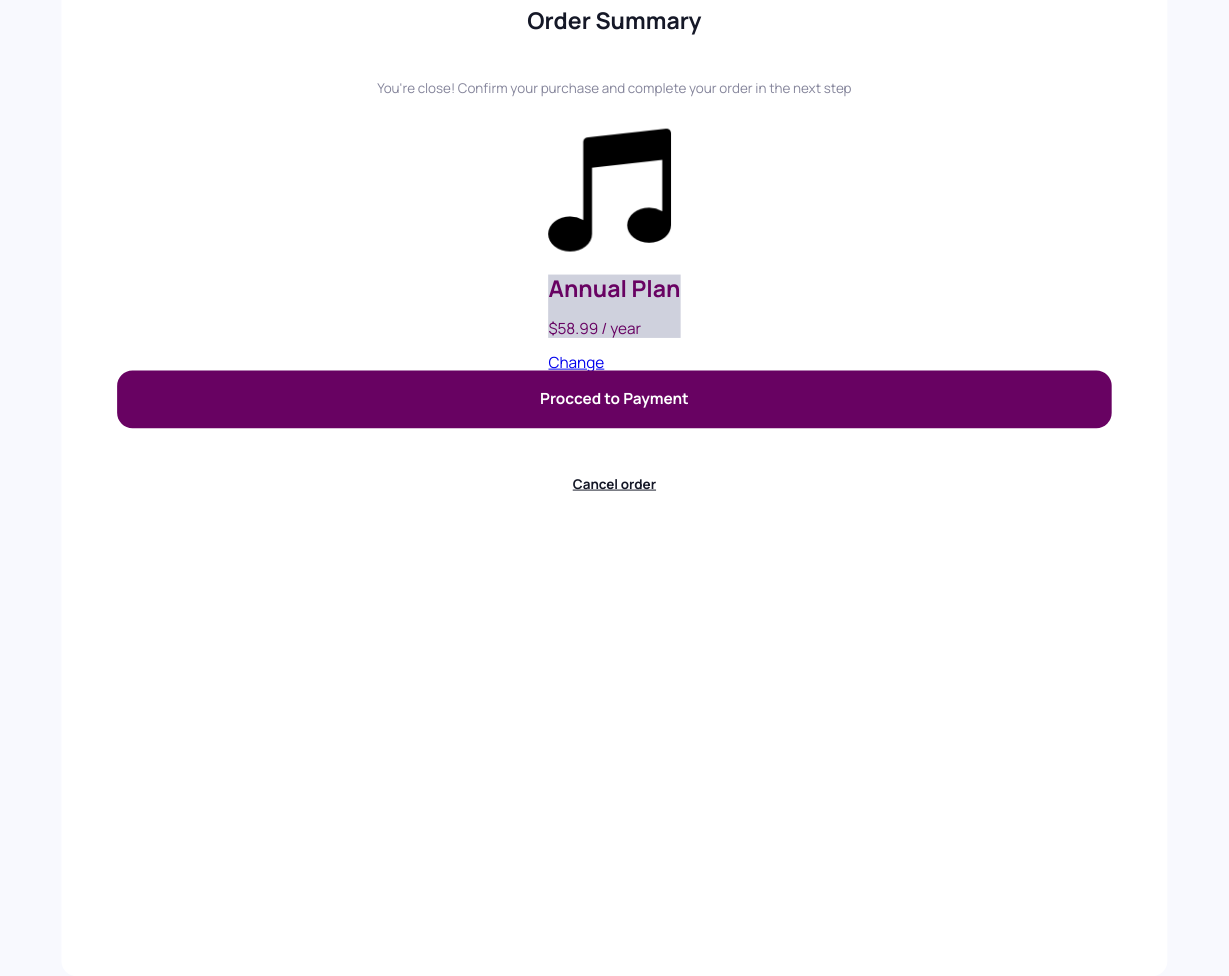
Repository: ssynowiec/INVO-Academy-solution
Page: /
An editor plug-in stored every save of this project. The page is shown before and after the next save, followed by the edit.
The browser window is 1280 px wide. The pictures show the whole page, at 96% of full size.
The project was rebuilt for these pictures with package versions that can differ from the ones it lists, and the page was loaded fresh each time.

Above is the page before, as saved 2023-02-16 10:09:11.

After the next save:
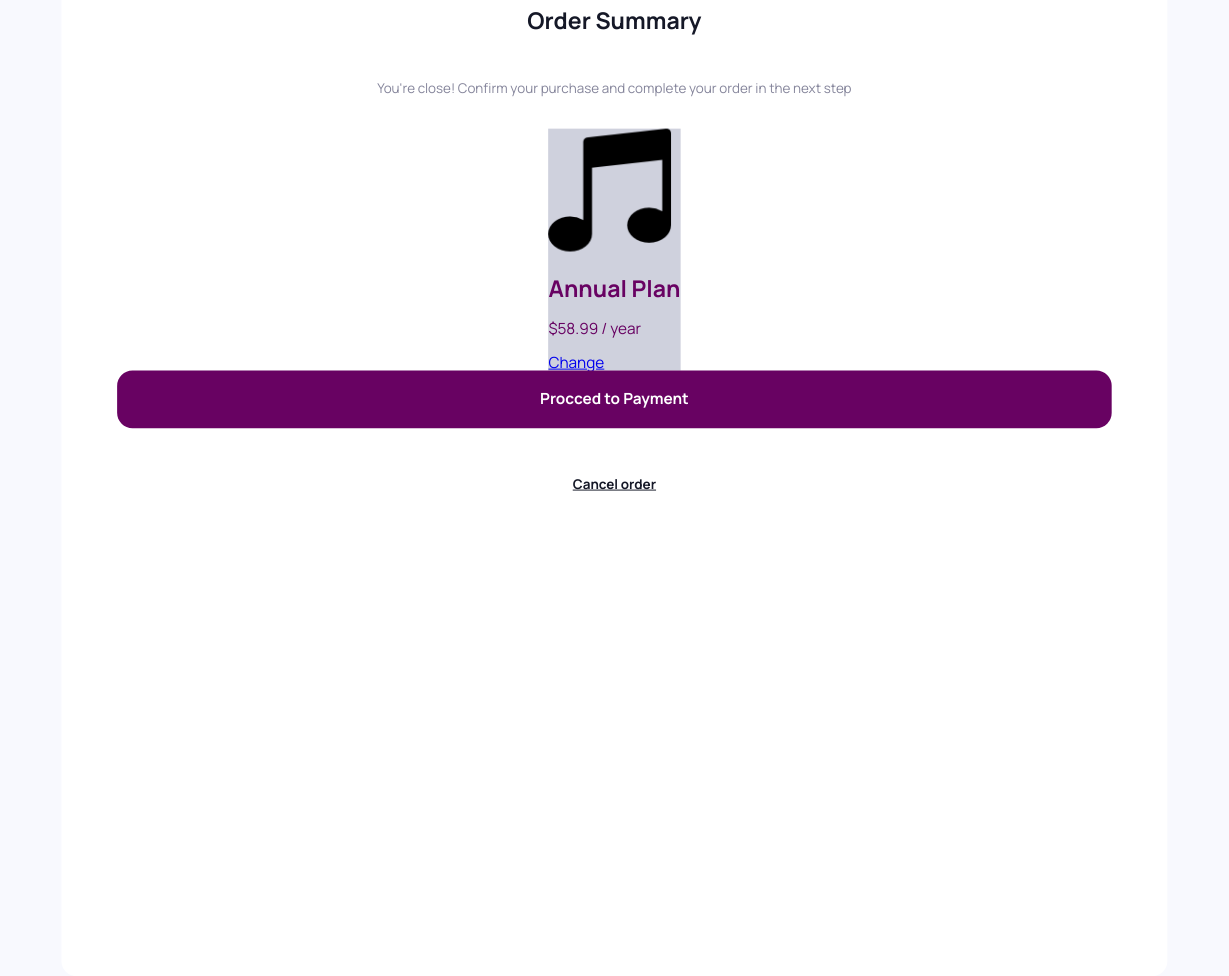
Saved 12 s later.
--- a/index.html
+++ b/index.html
@@ -16,9 +16,9 @@
       <img src="/images/girl.jpeg" alt="" class="order-image">
       <h1 class="order-title">Order Summary</h1>
       <p class="order-description">You're close! Confirm your purchase and complete your order in the next step</p>
-      <div>
+      <div class="order-summary">
         <img src="/images/music.png" alt="" class="order-icon">
-        <div class="order-summary">
+        <div>
           <h2>Annual Plan</h2>
           <p>$58.99 / year</p>
         </div>
